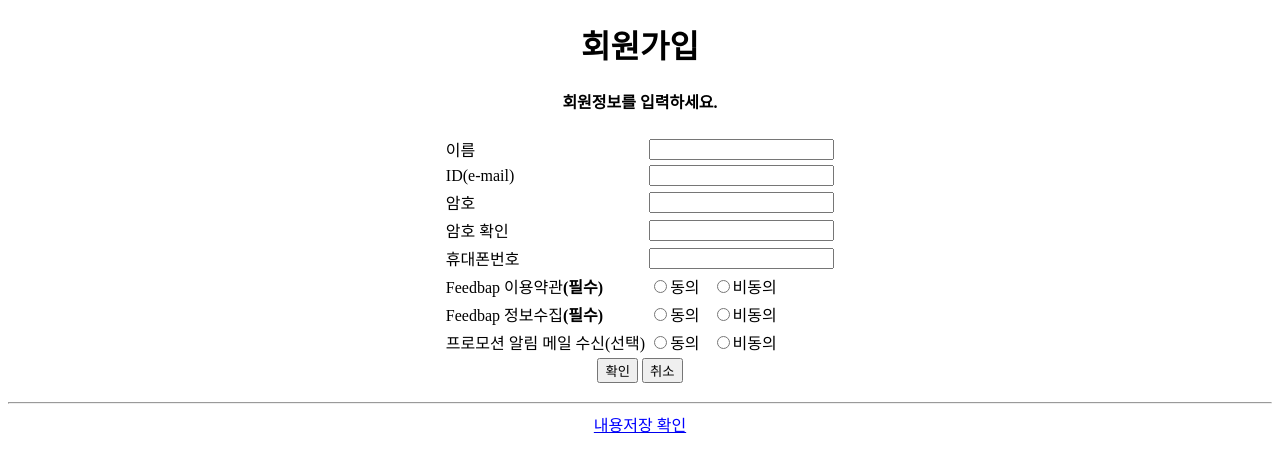
Repository: jwkim1104/SWE3002-01-Team1
Page: http://localhost/user_account/login_logout/registration.jsp
These files come from the project's save history. The page is drawn as it stood at one moment and after the next save; the edit follows.
The browser window is 1280 px wide. The pictures show the whole page.
The page is served by Tomcat 9.

Above is the page before, as saved 2018-06-05 11:56:46.

After the next save:
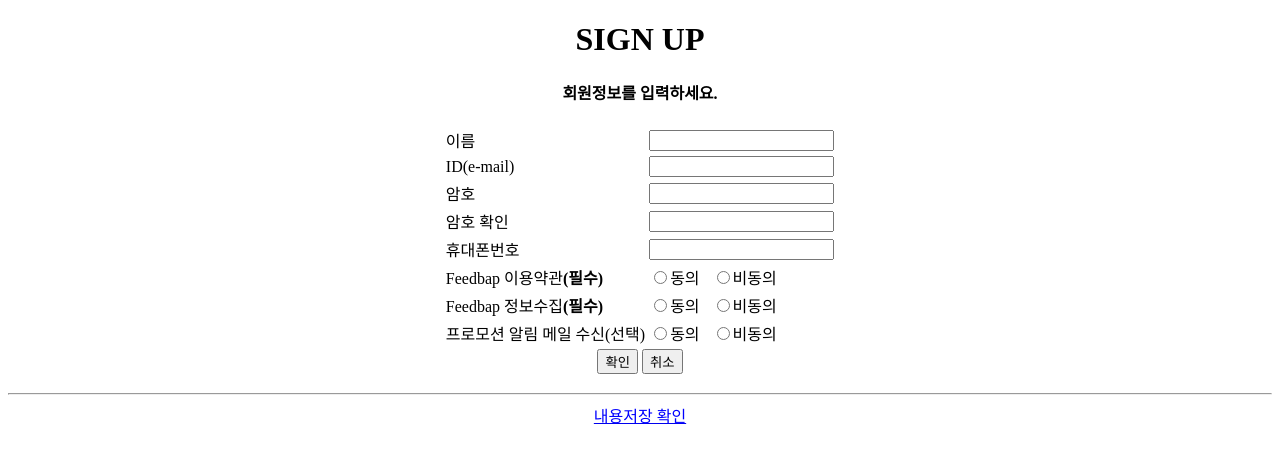
Saved 45 min 36 s later.
--- a/feature/study_library/tomcat8.5/workspace 3/user_account/WebContent/login_logout/registration.jsp
+++ b/feature/study_library/tomcat8.5/workspace 3/user_account/WebContent/login_logout/registration.jsp
@@ -69,7 +69,7 @@
 }
 </script>
 <center>
-<h1>회원가입</h1>
+<h1>SIGN UP</h1>
 	<h4>회원정보를 입력하세요.</h4>
 	<form name=userForm method=post action=regConform.jsp>
 		<table>
